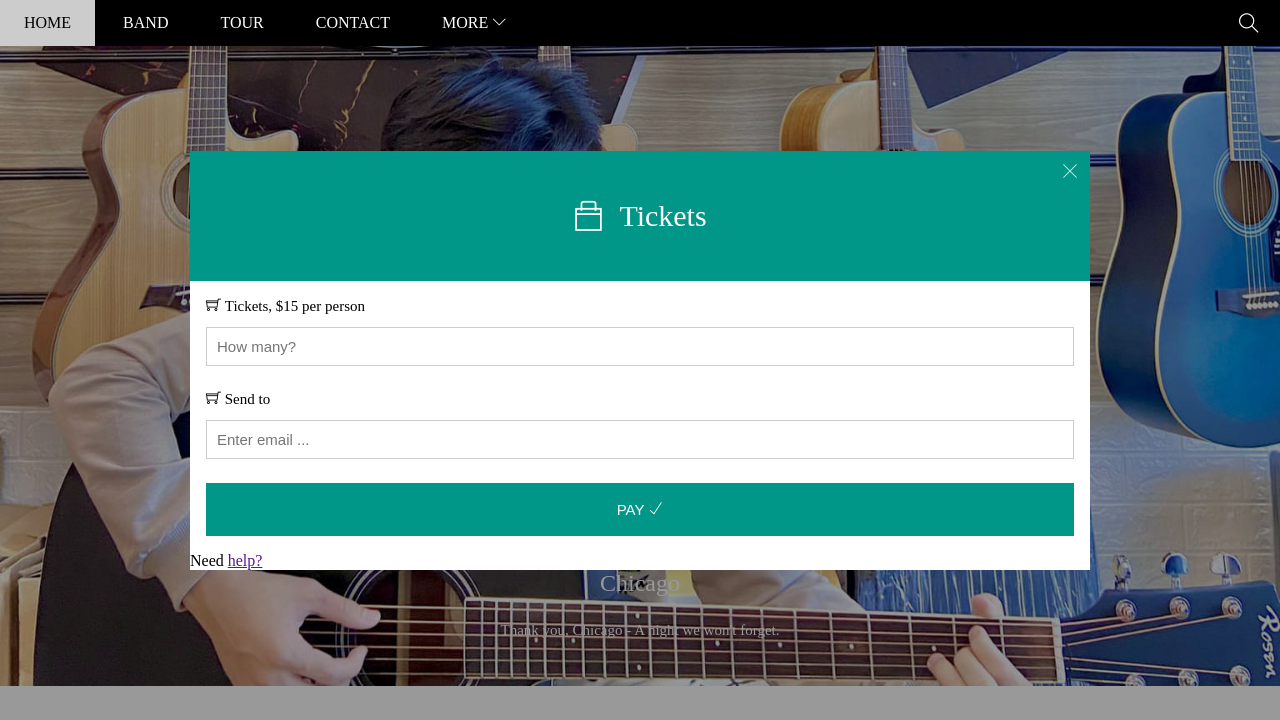
Repository: quochung2k3/Web-Team
Page: index.html
The author's editor kept a copy of each file at every save. The page is drawn from the files as they stood at one save, then again after the next save.
The browser window is 1280 px wide. The pictures show the window.
The pointer rests on the first visible `#buy-tickets`.
A layer covers the whole window, so only the first screen is drawn.

Above is the page before, as saved 2023-08-14 19:53:44.

After the next save:
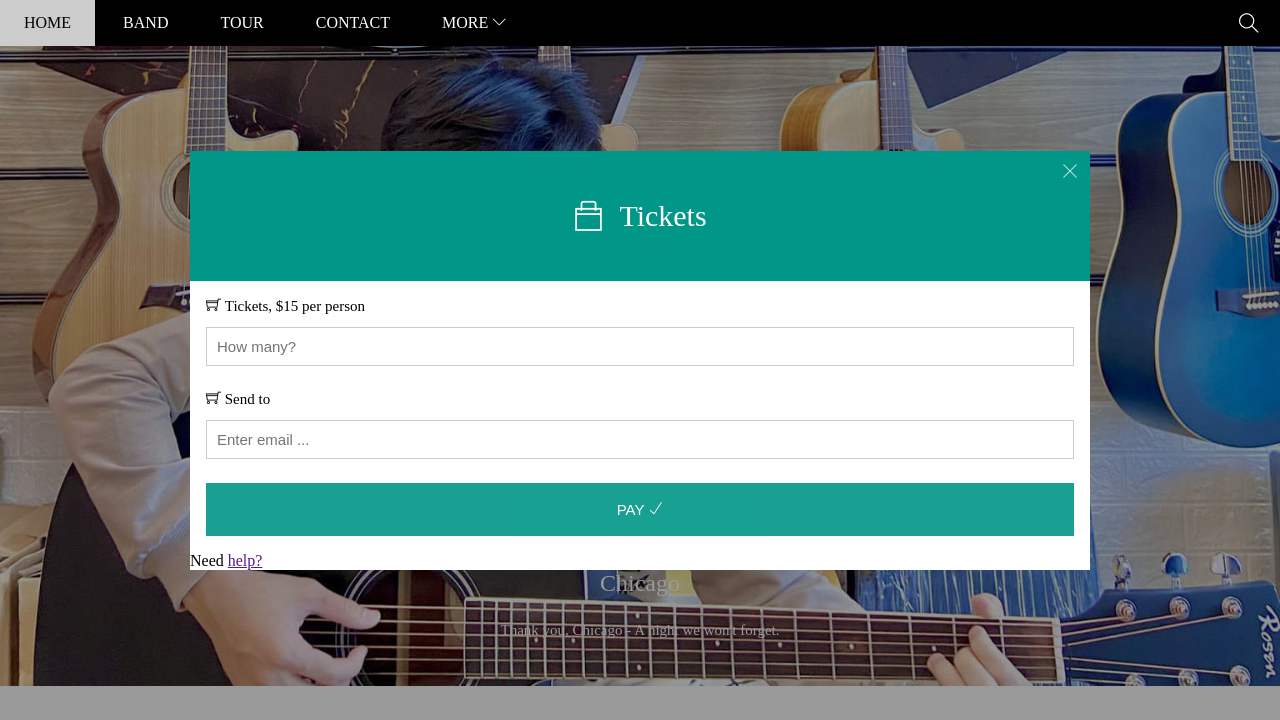
Saved 5 s later.
--- a/assets/css/style.css
+++ b/assets/css/style.css
@@ -364,5 +364,5 @@
 }
 
 #buy-tickets:hover {
-
-}
+    opacity: 0.9;
+}
